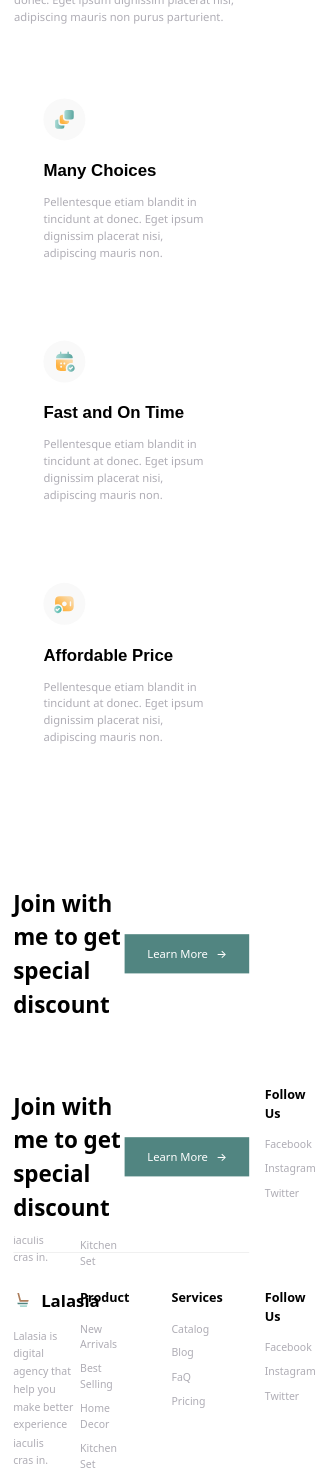
Repository: archis-academy/december-frontend-lalasia-2025
Page: /
These files come from the project's save history. The page is drawn as it stood at one moment and after the next save; the edit follows.
The browser window is 375 px wide. The page is 451 px wide, then 375 px, so the pictures cover 451 px, including what lies to the right of the window. The pictures show the part of the page from y = 681 to 2921 px (the page is 2796 px tall before and 2921 px after), at 70% of full size.
The page's requests for data from a server got no answer. Some web fonts or font styles are not loaded; a fallback is used. The project was rebuilt for these pictures with package versions that can differ from the ones it lists, and the page was loaded fresh each time. No one was signed in, and anything a server would have sent is missing. Also part of the build but not shown: vite.config.ts, src/components/Article/ArticleCard.module.scss, src/components/CustomButton/CustomButton.tsx, src/components/Arrow/Arrow.tsx, src/components/Article/ArticleCard.tsx, src/components/TeamSection/TeamSection.module.scss, src/components/TeamSection/TeamSection.tsx, src/pages/AboutUs/AboutUs.tsx and 15 more.

Above is the page before, as saved 2026-01-27 00:50:13.

After the next save:
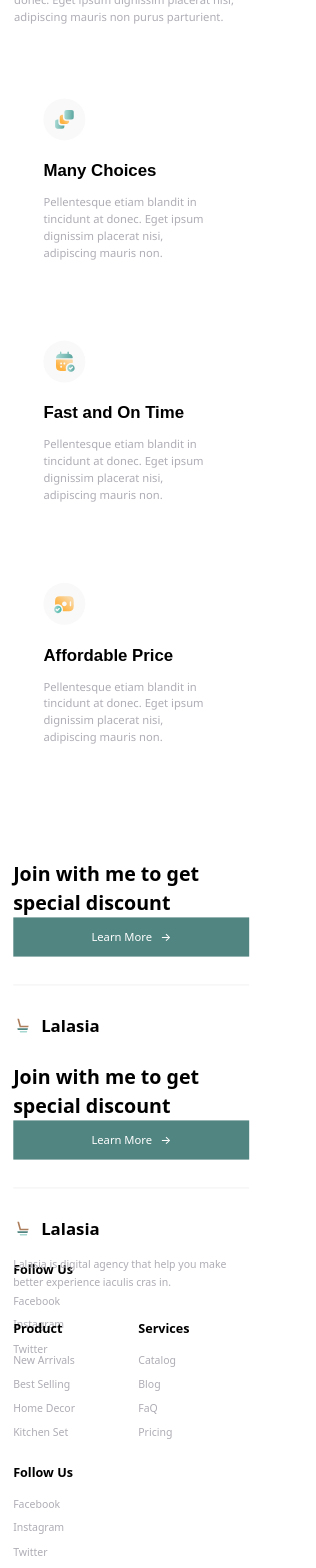
Saved 4 min 4 s later.
--- a/src/components/Footer/Footer.scss
+++ b/src/components/Footer/Footer.scss
@@ -112,3 +112,58 @@
     }
   }
 }
+@media (max-width: 1024px) {
+  .footer-wrapper .footer-container {
+    .footer-main {
+      .footer-links-group {
+        gap: 40px; // Linkler arası boşluğu daralt
+      }
+    }
+  }
+}
+
+// Mobil Ekranlar (768px altı)
+@media (max-width: 768px) {
+  .footer-wrapper {
+    padding: 40px 0;
+
+    .footer-container {
+      .footer-cta {
+        flex-direction: column; // Başlık ve butonu alt alta getir
+        align-items: flex-start;
+        text-align: left;
+
+        .cta-text { font-size: 28px; }
+        .cta-btn { width: 100%; justify-content: center; } // Butonu tam genişlik yap
+      }
+
+      .footer-line { margin-bottom: 40px; }
+
+      .footer-main {
+        flex-direction: column; // Marka ve linkleri alt alta getir
+        gap: 40px;
+
+        .footer-brand { max-width: 100%; }
+
+        .footer-links-group {
+          justify-content: flex-start;
+          flex-wrap: wrap; // Link sütunları sığmazsa aşağı kaysın
+          gap: 30px;
+
+          .link-col {
+            min-width: 140px; // Sütunların birbirine çok girmesini engelle
+          }
+        }
+      }
+    }
+  }
+}
+
+// Çok Küçük Ekranlar (480px altı)
+@media (max-width: 480px) {
+  .footer-wrapper .footer-container .footer-main .footer-links-group {
+    display: grid;
+    grid-template-columns: 1fr 1fr; // Linkleri 2 sütunlu ızgara yap
+    gap: 20px;
+  }
+}
